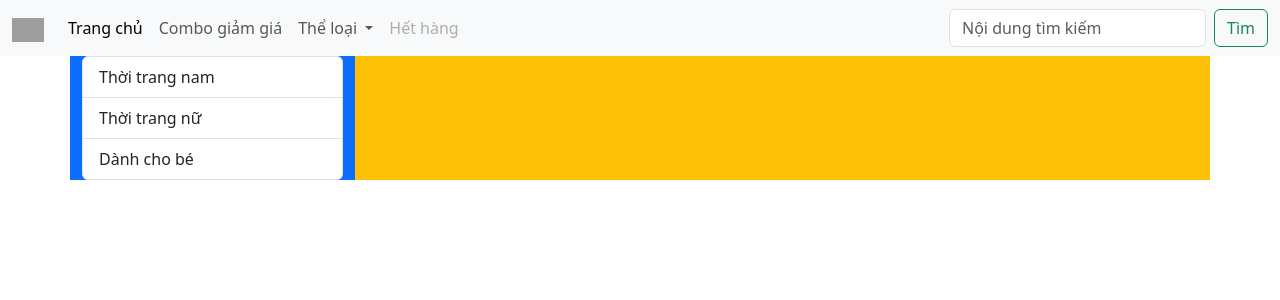
Repository: PhiKhongHoang/JSP-Servlet
Page: bai4_bootstrap/src/main/webapp/index.html
The author's editor kept a copy of each file at every save. The page is drawn from the files as they stood at one save, then again after the next save.
The browser window is 1280 px wide. The pictures show the whole page.
Pictures or frames that could not be fetched are drawn as grey boxes.

Above is the page before, as saved 2024-02-16 13:52:42.

### bai4_bootstrap/src/main/webapp/index.html
<!DOCTYPE html>
<html>
<head>
<meta charset="UTF-8">
<title>Bootstrap</title>
<link
	href="https://cdn.jsdelivr.net/npm/bootstrap@5.3.2/dist/css/bootstrap.min.css"
	rel="stylesheet"
	integrity="sha384-T3c6CoIi6uLrA9TneNEoa7RxnatzjcDSCmG1MXxSR1GAsXEV/Dwwykc2MPK8M2HN"
	crossorigin="anonymous">
<script
	src="https://cdn.jsdelivr.net/npm/@popperjs/core@2.11.8/dist/umd/popper.min.js"
	integrity="sha384-I7E8VVD/ismYTF4hNIPjVp/Zjvgyol6VFvRkX/vR+Vc4jQkC+hVqc2pM8ODewa9r"
	crossorigin="anonymous"></script>
<script
	src="https://cdn.jsdelivr.net/npm/bootstrap@5.3.2/dist/js/bootstrap.min.js"
	integrity="sha384-BBtl+eGJRgqQAUMxJ7pMwbEyER4l1g+O15P+16Ep7Q9Q+zqX6gSbd85u4mG4QzX+"
	crossorigin="anonymous"></script>
</head>
<body>
	<!-- navbar -->
	<nav class="navbar navbar-expand-lg bg-body-tertiary">
		<div class="container-fluid">
			<a class="navbar-brand" href="#"> <img
				src="https://p16-oec-va.ibyteimg.com/tos-maliva-i-o3syd03w52-us/318105355cb447d691500c10d928eeb5~tplv-o3syd03w52-origin-jpeg.jpeg?from=1345521523"
				alt="logo" height="24">
			</a>
			<button class="navbar-toggler" type="button"
				data-bs-toggle="collapse" data-bs-target="#navbarSupportedContent"
				aria-controls="navbarSupportedContent" aria-expanded="false"
				aria-label="Toggle navigation">
				<span class="navbar-toggler-icon"></span>
			</button>
			<div class="collapse navbar-collapse" id="navbarSupportedContent">
				<ul class="navbar-nav me-auto mb-2 mb-lg-0">
					<li class="nav-item"><a class="nav-link active"
						aria-current="page" href="#">Trang chủ</a></li>
					<li class="nav-item"><a class="nav-link" href="#">Combo
							giảm giá</a></li>
					<li class="nav-item dropdown"><a
						class="nav-link dropdown-toggle" href="#" role="button"
						data-bs-toggle="dropdown" aria-expanded="false"> Thể loại </a>
						<ul class="dropdown-menu">
							<li><a class="dropdown-item" href="#">Quần jean</a></li>
							<li><a class="dropdown-item" href="#">Áo thun</a></li>
							<li><hr class="dropdown-divider"></li>
							<li><a class="dropdown-item" href="#">Áo sơ mi</a></li>
						</ul></li>
					<li class="nav-item"><a class="nav-link disabled"
						aria-disabled="true">Hết hàng</a></li>
				</ul>
				<form class="d-flex" role="search">
					<input class="form-control me-2" type="search"
						placeholder="Nội dung tìm kiếm" aria-label="Search">
					<button class="btn btn-outline-success" type="submit">Tìm</button>
				</form>
			</div>
		</div>
	</nav>
	<!-- end navbar -->

	<!-- page content -->
	<div class="container">
		<div class="row">
			<div class="col-lg-3 bg-primary"">
				<div class="list-group">
					<a href="#" class="list-group-item list-group-item-action">
						Thời trang nam
					</a>
					<a href="#" class="list-group-item list-group-item-action">
						Thời trang nữ
					</a>
					<a href="#" class="list-group-item list-group-item-action">
						Dành cho bé
					</a>
				</div>
			</div>
			<div class="col-lg-9 bg-warning"></div>
		</div>
	</div>
	<!-- and page content -->
</body>
</html>

After the next save:
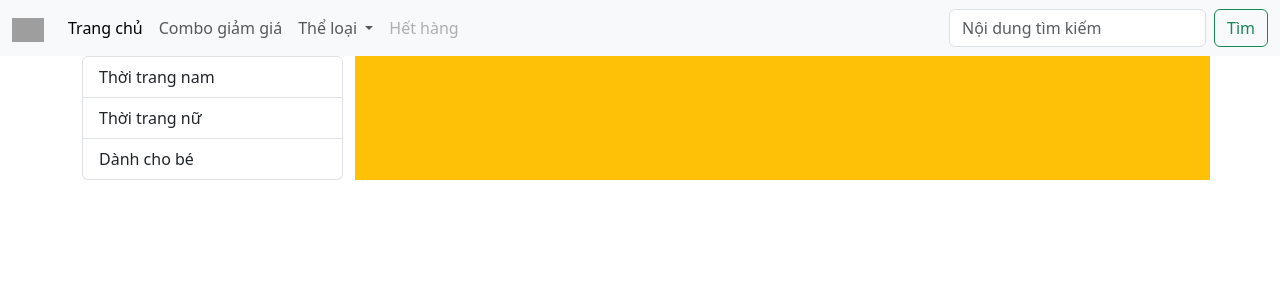
Saved 33 s later.
--- a/bai4_bootstrap/src/main/webapp/index.html
+++ b/bai4_bootstrap/src/main/webapp/index.html
@@ -62,7 +62,7 @@
 	<!-- page content -->
 	<div class="container">
 		<div class="row">
-			<div class="col-lg-3 bg-primary"">
+			<div class="col-lg-3">
 				<div class="list-group">
 					<a href="#" class="list-group-item list-group-item-action">
 						Thời trang nam
